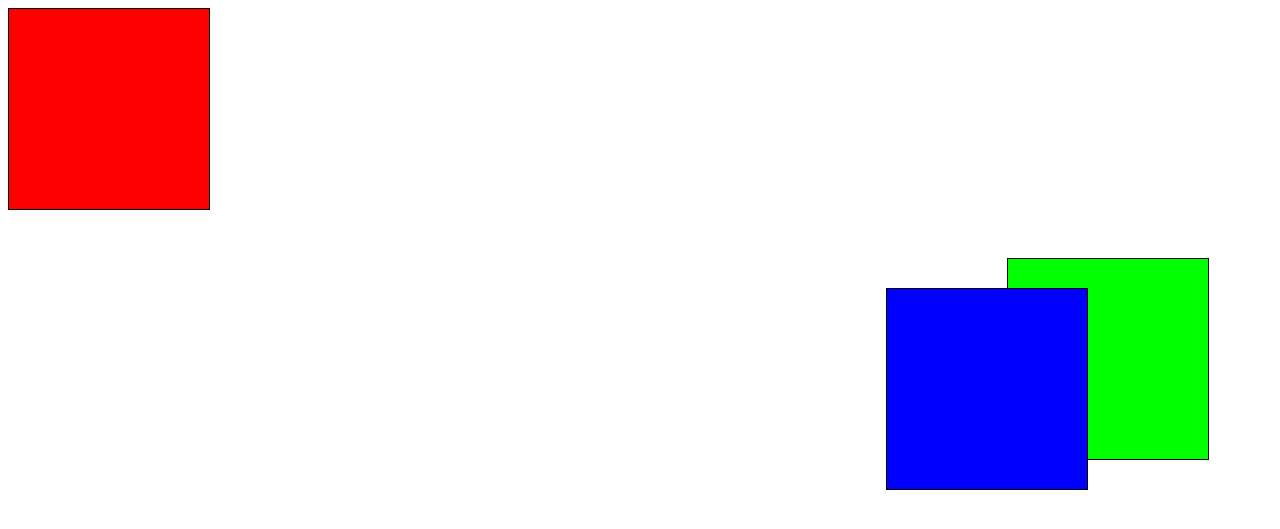
Repository: Divineridh/LPPAChallenges
Page: Trabajos en Clase/ejercicio cajas positions/index.html
An editor plug-in stored every save of this project. The page is shown before and after the next save, followed by the edit.
The browser window is 1280 px wide. The pictures show the whole page.

Above is the page before, as saved 2022-05-03 20:57:03.

### Trabajos en Clase/ejercicio cajas positions/index.html
<!DOCTYPE html>
<html lang="en">
<head>
    <meta charset="UTF-8">
    <meta http-equiv="X-UA-Compatible" content="IE=edge">
    <meta name="viewport" content="width=device-width, initial-scale=1.0">
    <link rel="stylesheet" href="./style.css">
    <title>Divs positions</title>
</head>
<body>
    <div class="div1 divs"></div>
    <div class="div2 divs"></div>
    <div class="div3 divs"></div>
</body>
</html>

### Trabajos en Clase/ejercicio cajas positions/style.css
.div1 {
    background-color: #FF0000;
    position: fixed;
}

.div2 {
    background-color: #00FF00;
    position: relative;
    top: 250px;
    right: 5%;
    float: right;
}

.div3 {
    background-color: #0000FF;
    position: absolute;
    top: 40%;
    right: 15%;
}

.divs {
    height: 200px;
    width: 200px;
    border: solid black 1px;
}

After the next save:
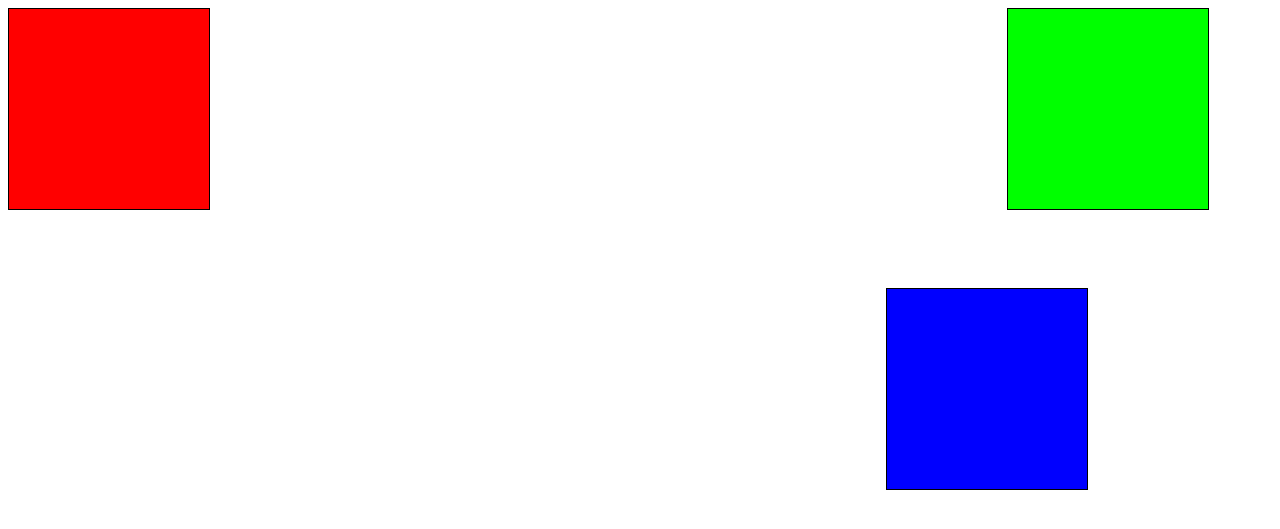
Saved 9 s later.
--- a/Trabajos en Clase/ejercicio cajas positions/style.css
+++ b/Trabajos en Clase/ejercicio cajas positions/style.css
@@ -6,7 +6,7 @@
 .div2 {
     background-color: #00FF00;
     position: relative;
-    top: 250px;
+    top: 30%;
     right: 5%;
     float: right;
 }
